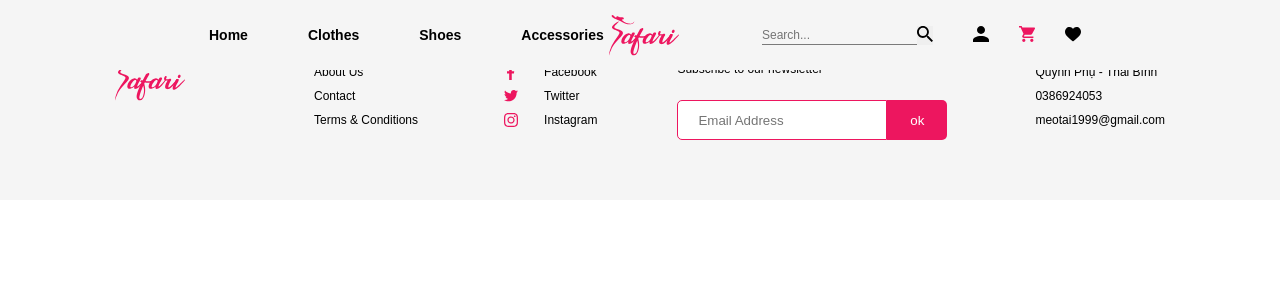
Repository: tboy1999/safari
Page: views/cart.html
An editor plug-in stored every save of this project. The page is shown before and after the next save, followed by the edit.
The browser window is 1280 px wide. The pictures show the whole page.
Some web libraries are served in a nearby version. The style sheet was rebuilt from its Sass, Less or Tailwind sources for each picture, by a compiler version that may differ from the author's.

Above is the page before, as saved 2022-04-28 13:05:21.

After the next save:
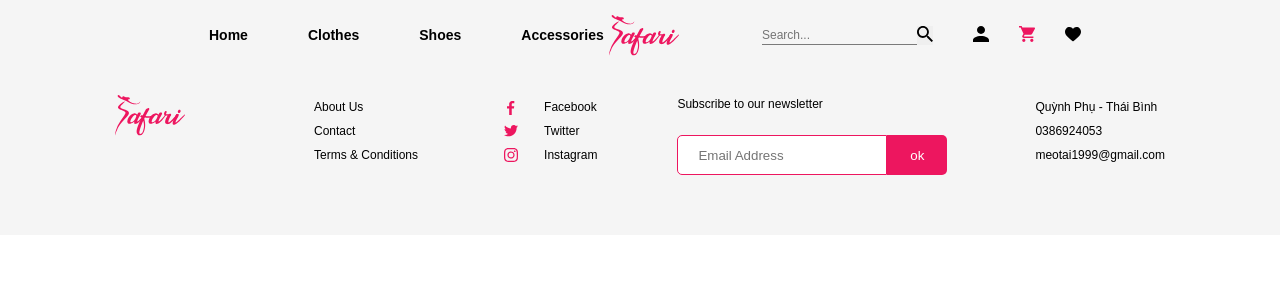
Saved 47 s later.
--- a/views/cart.html
+++ b/views/cart.html
@@ -52,7 +52,9 @@
   </header>
 
   <main id="cart" class="cart">
-    <div class="container"></div>
+    <div class="container">
+      <h1 class="cart__heading fz24">Shopping Cart (2 item)</h1>
+    </div>
   </main>
   <footer class="footer">
     <div class="container">
